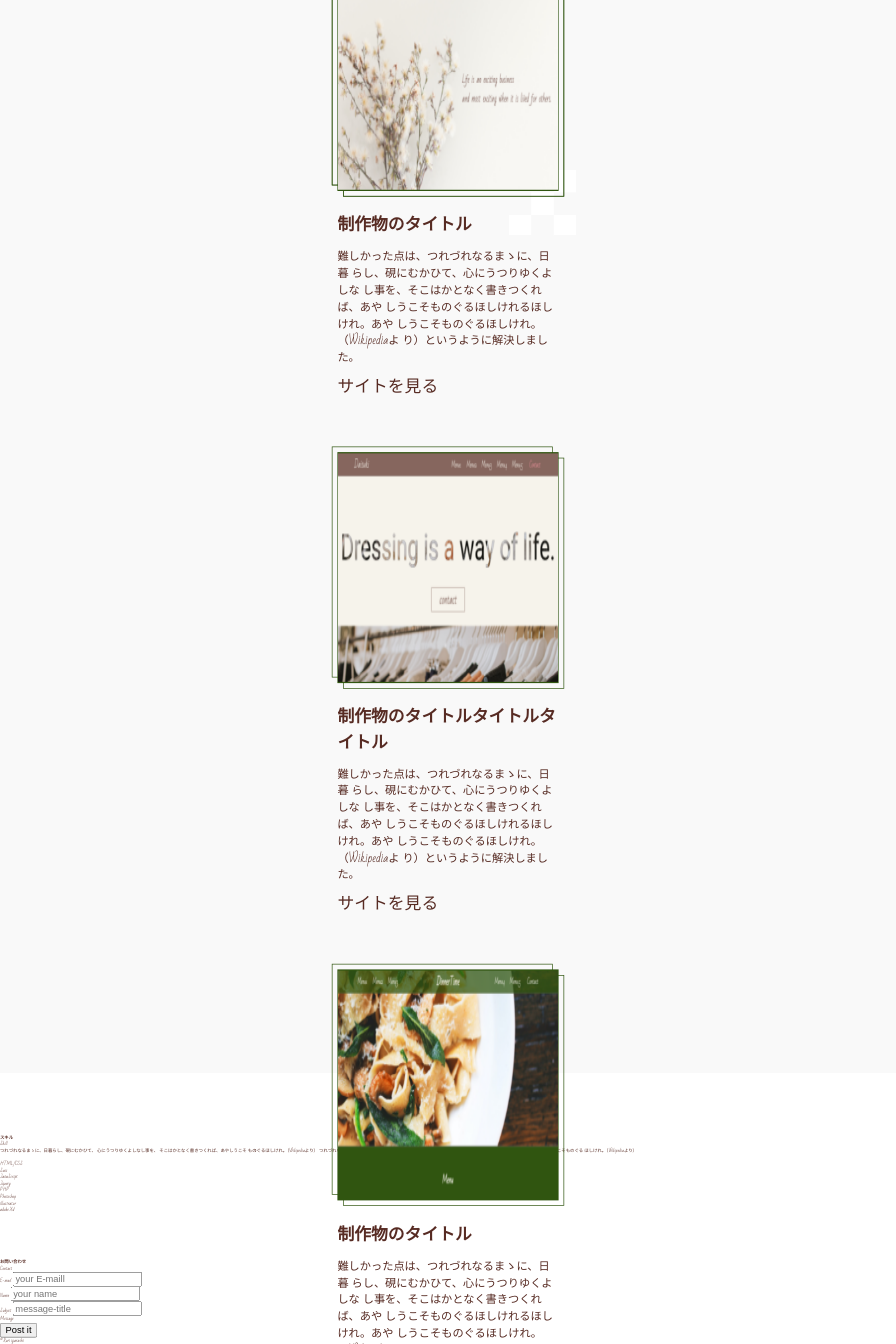
Repository: ppmp556/igarashi.kakuu
Page: index.html
These files come from the project's save history. The page is drawn as it stood at one moment and after the next save; the edit follows.
The browser window is 1280 px wide. The pictures show the part of the page from y = 2057 to 3977 px (the page is 3977 px tall), at 70% of full size.
An inner scrolling area shows only its first screen. Some web libraries are served in a nearby version. The style sheet was rebuilt from its Sass, Less or Tailwind sources for each picture, by a compiler version that may differ from the author's.

Above is the page before, as saved 2020-10-26 20:50:32.
Console error: TypeError: Cannot read properties of null (reading 'addEventListener')

### index.html
<!DOCTYPE html>
<html lang="ja">
    <head>
        <meta charset="UTF-8">
        <meta name="viewport" content="width=device-width, initial-scale=1.0, maximum-scale=1.0, minimum-scale=1.0">
        <link rel="stylesheet" href="faundation.css" type="text/css">
        <link rel="stylesheet" href="./css/style.css" type="text/css">
        <link href="https://use.fontawesome.com/releases/v5.6.1/css/all.css" rel="stylesheet">
        <link href="https://fonts.googleapis.com/css?family=Bad+Script" rel="stylesheet">
        <link href="https://fonts.googleapis.com/css?family=Sawarabi+Gothic" rel="stylesheet">
        <link rel="img" href="image">
        <title>架空LP</title>

    </head>
    <body>

        <div class="container">
            <header class="header">
                <h1 class="header_ttl">
                    <a href="index.html" class="header_link">My Portfolio</a><!-- /.header_link -->
                </h1><!-- /.header_ttl -->
                <nav class="nav">
                    <div class="nav_wrapper" id="nav_lists">
                        <!-- ハンバーガーメニュー部分 -->
                        <div class="toggle_btn" id="nav_toggler">
                            <span class="toggle_line __tg1"></span>
                            <span class="toggle_line __tg2"></span>
                            <span class="toggle_line __tg3"></span>
                        </div>
                        <!-- ハンバーガーメニューここまで -->
                    </div>
                    <ul class="nav_list flex">
                        <li class="nav_item">
                            <a href="#" class="nav_link">Profile<span class="nav_sp">プロフィール</a><!-- /.nav_link -->
                        </li><!-- /.nav_item -->
                        <li class="nav_item">
                            <a href="#" class="nav_link">Works<span class="nav_sp">実績一覧</a><!-- /.nav_link -->
                        </li><!-- /.nav_item -->
                        <li class="nav_item">
                            <a href="#" class="nav_link">Skill<span class="nav_sp">スキル</a><!-- /.nav_link -->
                        </li><!-- /.nav_item -->
                        <li class="nav_item">
                            <a href="#" class="nav_link">Contact<span class="nav_sp">お問い合わせ</a><!-- /.nav_link -->
                        </li><!-- /.nav_item -->
                    </ul><!-- /.nav_list -->
                </nav><!-- /.nav -->
            </header><!-- /.header -->
        </div><!-- /.container -->
        <div class="kv">
            <div class="kv_txtbox">
                <p class="kv_txt">I love this job from the bottom of my heart.</p><!-- /.kv_txt -->
                <p class="kv_txt __subtxt">私はこの仕事が大好きだ</p><!-- /.kv_txt -->
            </div><!-- /.kv_txtbox -->
            <div class="contact_box">
                <a href="#" class="contact_link">Contact</a><!-- /.contact_link -->
            </div><!-- /.contact_box -->
        </div><!-- /.kv -->
        <main>
            <div class="inner">

                <section class="prof" id="prof">
                    <div class="prof_inner">
                        <div class="section_ttlbox">
                            <h2 class="prof_ttl">プロフィール</h2><!-- /.prof_ttl -->
                            <!-- <span class="prof_sub">Profile</span> -->
                        </div><!-- /.section_ttlbox -->
                        <div class="prof_imgbox">
                            <img src="images/profile/profile.png" alt="#" class="prof_img">
                        </div><!-- /.prof_imgbox -->
                        <p class="prof_txt">
                            つれづれなるまゝに、日暮らし、硯にむかひ
                            て<br>
                            心にうつりゆくよしなし事を、<br>
                            そこはかとなく書きつくれば、あやしうこそ
                            ものぐるほしけれ。（Wikipediaより）<br>
                            つれづれなるまゝに、日暮らし、硯にむかひ
                            て、心にうつりゆくよしなし事を、そこはか
                            となく書きつくれば、あやしうこそものぐる
                            ほしけれ。（Wikipediaより）<br>
                            つれづれなるまゝに、日暮らし、硯にむかひ
                            て、心にうつりゆくよしなし事を、そこはか
                            となく書
                        </p><!-- /.prof_txt -->
                        <div class="section_btnbox flex">
                            <div class="site_btn">
                                <a href="#" class="site_link">Instagram</a>
                            </div><!-- /.site_btn -->
                            <div class="site_btn">
                                <a href="#" class="site_link">Twitter</a>
                            </div><!-- /.site_btn -->
                        </div><!-- /.section_btnbox -->
                    </div><!-- /.prof_inner -->
                </section><!-- /#prof.prof -->


                <section class="work" id="work">
                    <div class="work_inner">

                        <div class="section_ttlbox">
                            <h2 class="work_ttl">実績一覧</h2><!-- /.work_ttl -->
                            <!-- <span class="work_sub">Works</span> -->
                        </div><!-- /.section_ttlbox -->

                        <div class="work_imgbox">
                            <ul class="work_list">
                                <li class="work_item">
                                    <div class="work_imgbox">
                                        <img src="images/work1/work1.png" alt="" class="work_img">
                                    </div><!-- /.work_imgbox -->
                                    <h3 class="work_minttl ">制作物のタイトル</h3><!-- /.work_minttl -->
                                    <p class="work_txt">
                                        難しかった点は、つれづれなるまゝに、日暮
                                        らし、硯にむかひて、心にうつりゆくよしな
                                        し事を、そこはかとなく書きつくれば、あや
                                        しうこそものぐるほしけれるほしけれ。あや
                                        しうこそものぐるほしけれ。（Wikipediaよ
                                        り）というように解決しました。
                                    </p><!-- /.work_txt -->
                                    <div class="site_btn">
                                        <a href="#" class="site_link">サイトを見る</a>
                                    </div><!-- /.site_btn -->
                                </li><!-- /.work_item -->
                                <li class="work_item">
                                    <div class="work_imgbox">
                                        <img src="images/work2/work2.png" alt="" class="work_img">
                                    </div><!-- /.work_imgbox -->
                                    <h3 class="work_minttl">制作物のタイトルタイトルタイトル</h3><!-- /.work_minttl -->
                                    <p class="work_txt">
                                        難しかった点は、つれづれなるまゝに、日暮
                                        らし、硯にむかひて、心にうつりゆくよしな
                                        し事を、そこはかとなく書きつくれば、あや
                                        しうこそものぐるほしけれるほしけれ。あや
                                        しうこそものぐるほしけれ。（Wikipediaよ
                                        り）というように解決しました。
                                    </p><!-- /.work_txt -->
                                    <div class="site_btn">
                                        <a href="#" class="site_link">サイトを見る</a>
                                    </div><!-- /.site_btn -->
                                </li><!-- /.work_item -->
                                <li class="work_item">
                                    <div class="work_imgbox">
                                        <img src="images/work3/work3.png" alt="" class="work_img">
                                    </div><!-- /.work_imgbox -->
                                    <h3 class="work_minttl">制作物のタイトル</h3><!-- /.work_minttl -->
                                    <p class="work_txt">
                                        難しかった点は、つれづれなるまゝに、日暮
                                        らし、硯にむかひて、心にうつりゆくよしな
                                        し事を、そこはかとなく書きつくれば、あや
                                        しうこそものぐるほしけれるほしけれ。あや
                                        しうこそものぐるほしけれ。（Wikipediaよ
                                        り）というように解決しました。
                                    </p><!-- /.work_txt -->
                                    <div class="site_btn">
                                        <a href="#" class="site_link">サイトを見る</a>
                                    </div><!-- /.site_btn -->
                                </li><!-- /.work_item -->
                            </ul><!-- /.work_list -->
                        </div><!-- /.work_imgbox -->
                    </div><!-- /.work_inner -->
                </section><!-- /#work.work -->

                <section class="skill" id="skill">
                    <div class="section_ttlbox">
                        <h2 class="skill_ttl">スキル</h2><!-- /.skill_ttl -->
                        <span class="skill_sub">Skill</span>
                    </div><!-- /.section_ttlbox -->
                    <div class="skill_txtbox">
                        <p class="skill_txt">
                            つれづれなるまゝに、日暮らし、硯にむかひて、
                            心にうつりゆくよしなし事を、
                            そこはかとなく書きつくれば、あやしうこそ
                            ものぐるほしけれ。（Wikipediaより）
                            つれづれなるまゝに、日暮らし、硯にむかひ
                            て、心にうつりゆくよしなし事を、そこはか
                            となく書きつくれば、あやしうこそものぐる
                            ほしけれ。（Wikipediaより）
                        </p><!-- /.skill_txt -->
                    </div><!-- /.skill_txtbox -->
                    <div class="skill_listbox">
                        <div class="skill_imgbox">
                            <img src="" alt="" class="skill_img">
                        </div><!-- /.skill_imgbox -->
                        <ul class="skill_list">
                            <li class="skill_item">HTML/CSS</li><!-- /.skill_item -->
                            <li class="skill_item">Sass</li><!-- /.skill_item -->
                            <li class="skill_item">JavaScript</li><!-- /.skill_item -->
                            <li class="skill_item">Jquery</li><!-- /.skill_item -->
                            <li class="skill_item">PHP</li><!-- /.skill_item -->
                            <li class="skill_item">Photoshop</li><!-- /.skill_item -->
                            <li class="skill_item">illustrator</li><!-- /.skill_item -->
                            <li class="skill_item">adobe Xd</li><!-- /.skill_item -->
                        </ul><!-- /.skill_list -->
                    </div><!-- /.skill_listbox -->
                </section><!-- /#skill.skii -->

                <section class="contact" id="contact">
                    <div class="section_ttlbox">
                        <h2 class="contact_ttl">お問い合わせ</h2><!-- /.contact_ttl -->
                        <span class="contact_sub">Contact</span>
                    </div><!-- /.section_ttlbox -->
                    <form action="#" class="ly-form">
                        <div class="form ord1">
                            <div class="form2">

                                <label for="email" class="formTitle u-formTxt">E-mail</label>
                                <input type="email" class="formBox" name="your-E-mail" placeholder="your E-maill">
                            </div>
                        </div>
                        <div class="form ord2">
                            <div class="form2">
                                    <label for="name" class="formTitle u-formTxt">Name</label>
                                    <input type="text" class="formBox" name="your name" placeholder="your name">

                            </div>
                        </div>
                        <div class="form ord3">
                            <div class="form2">
                                <label for="subject" class="formTitle u-formTxt">Subject</label>
                                <input type="subject" class="formBox" name="message-title" placeholder="message-title">
                            </div>
                        </div>
                        <div class="form ord4">
                            <div class="form2">
                                <label for="message" class="formTitle u-formTxt">Message</label>
                                <textare name="contents" class="area" name="contents" placeholder="contents" rows="4" cols="40"></textare>
                            </div>
                        </div>
                        <div class="inputWrap btnhv u-send">
                            <input type="submit" value="Post it" class="sendBtn">
                        </div>
                    </form>
                </section><!-- /#contact.contact -->
            </div><!-- /.inner -->

        </main>


        <footer class="footer">
            <div class="footer_sharbox">
                <ul class="footer_sharalist">
                    <li class="footer_item"></li><!-- /.footer_item -->
                    <li class="footer_item"></li><!-- /.footer_item -->
                    <li class="footer_item"></li><!-- /.footer_item -->
                </ul><!-- /.footer_sharalist -->
            </div><!-- /.footer_sharbox -->
            <small class="footer_txt">&copy; Ruri igarashi</small>
        </footer><!-- /.footer -->


        <script type="text/javascript" src="menu.js"></script>
        <script src="https://code.jquery.com/jquery-3.4.1.js" integrity="sha256-WpOohJOqMqqyKL9FccASB9O0KwACQJpFTUBLTYOVvVU=" crossorigin="anonymous"></script>

    </body>
</html>

### faundation.css

html,
body,
div,
span,
object,
iframe,
h1,
h2,
h3,
h4,
h5,
h6,
p,
blockquote,
pre,
abbr,
address,
cite,
code,
del,
dfn,
em,
img,
ins,
kbd,
q,
samp,
small,
strong,
sub,
sup,
var,
b,
i,
dl,
dt,
dd,
ol,
ul,
li,
fieldset,
form,
label,
legend,
table,
caption,
tbody,
tfoot,
thead,
tr,
th,
td,
article,
aside,
canvas,
details,
figcaption,
figure,
footer,
header,
hgroup,
menu,
nav,
section,
summary,
time,
mark,
audio,
video {
  margin: 0;
  padding: 0;
  border: 0;
  outline: 0;
  font-size: 100%;
  vertical-align: baseline;
  background: transparent;
}

body {
  line-height: 1.5;
}

article,
aside,
details,
figcaption,
figure,
footer,
header,
hgroup,
menu,
nav,
section {
  display: block;
}

ul,
ol {
  list-style: none;
}

table {
  border-collapse: collapse;
  border-spacing: 0;
}

a {
  color: inherit;
  text-decoration: none;
}

img {
  width: 100%;
  max-width: 100%;
  height: auto;
  vertical-align: bottom;
}

Loaded but not shown: menu.js (26 lines, source omitted); scss/style.scss (860 lines, source omitted)

After the next save:
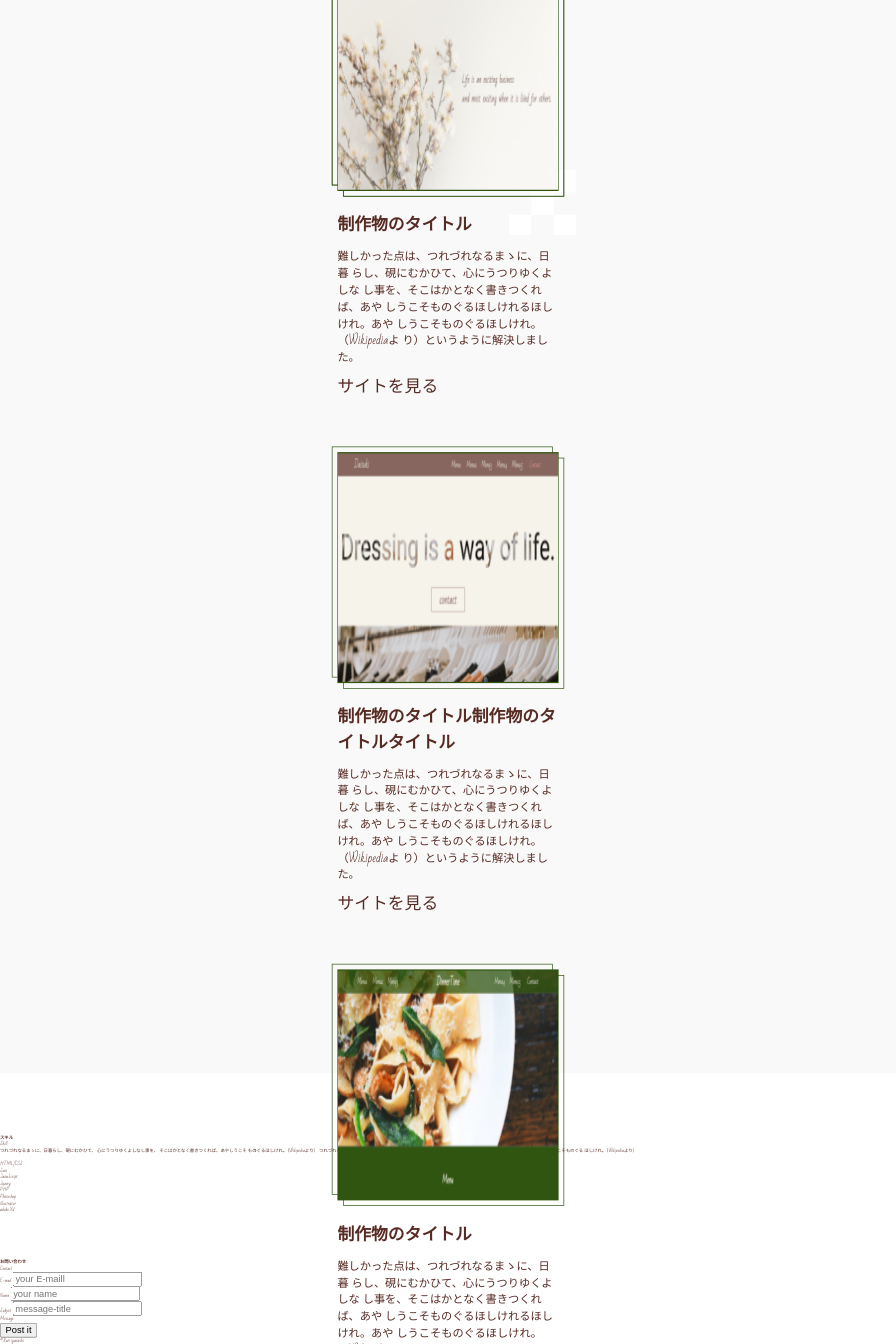
Saved 61 s later.
--- a/index.html
+++ b/index.html
@@ -124,7 +124,7 @@
                                     <div class="work_imgbox">
                                         <img src="images/work2/work2.png" alt="" class="work_img">
                                     </div><!-- /.work_imgbox -->
-                                    <h3 class="work_minttl">制作物のタイトルタイトルタイトル</h3><!-- /.work_minttl -->
+                                    <h3 class="work_minttl">制作物のタイトル制作物のタイトルタイトル</h3><!-- /.work_minttl -->
                                     <p class="work_txt">
                                         難しかった点は、つれづれなるまゝに、日暮
                                         らし、硯にむかひて、心にうつりゆくよしな
